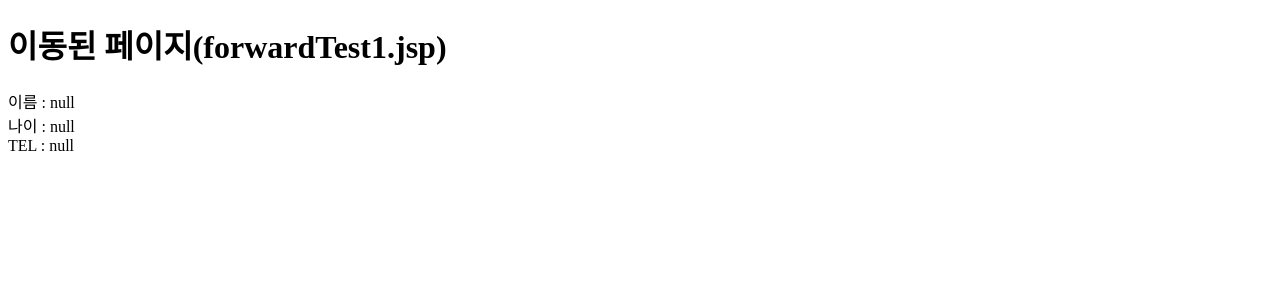
Repository: gh-56/jsp_workspace_al
Page: http://localhost/11_action_tag/forwardTest1.jsp
An editor plug-in stored every save of this project. The page is shown before and after the next save, followed by the edit.
The browser window is 1280 px wide. The pictures show the whole page.
The page is served by Tomcat 9.

Above is the page before, as saved 2023-10-18 01:33:02.

### 11_action_tag/src/main/webapp/forwardTest1.jsp
<%@ page language="java" contentType="text/html; charset=UTF-8"
    pageEncoding="UTF-8"%>
<!DOCTYPE html>
<html>
<head>
<meta charset="UTF-8">
<title>forwardTest1.jsp</title>
</head>
<body>
	<h1>이동된 페이지(forwardTest1.jsp)</h1>
	이름 : <%=request.getParameter("name") %> <br/>
	나이 : <%=request.getParameter("age") %> <br/>
	TEL : <%=request.getParameter("tel") %> <br/>
</body>
</html>

After the next save:
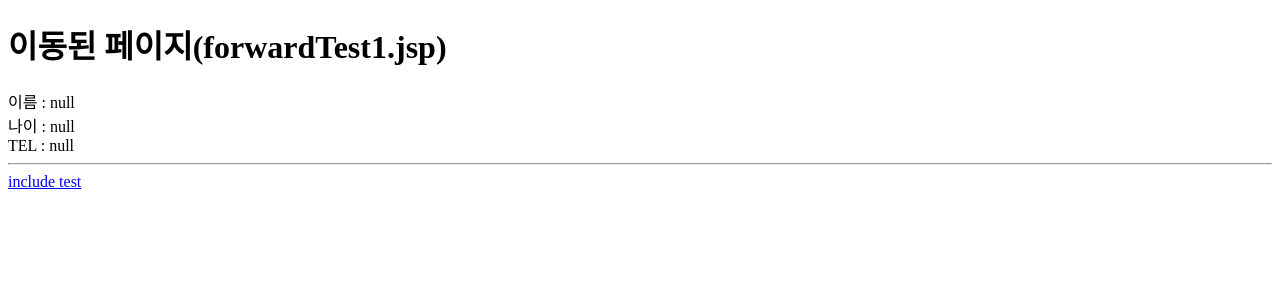
Saved 92 s later.
--- a/11_action_tag/src/main/webapp/forwardTest1.jsp
+++ b/11_action_tag/src/main/webapp/forwardTest1.jsp
@@ -11,5 +11,7 @@
 	이름 : <%=request.getParameter("name") %> <br/>
 	나이 : <%=request.getParameter("age") %> <br/>
 	TEL : <%=request.getParameter("tel") %> <br/>
+	<hr/>
+	<a href="includeTest1.jsp?page=includeTest2.jsp">include test</a>
 </body>
 </html>
